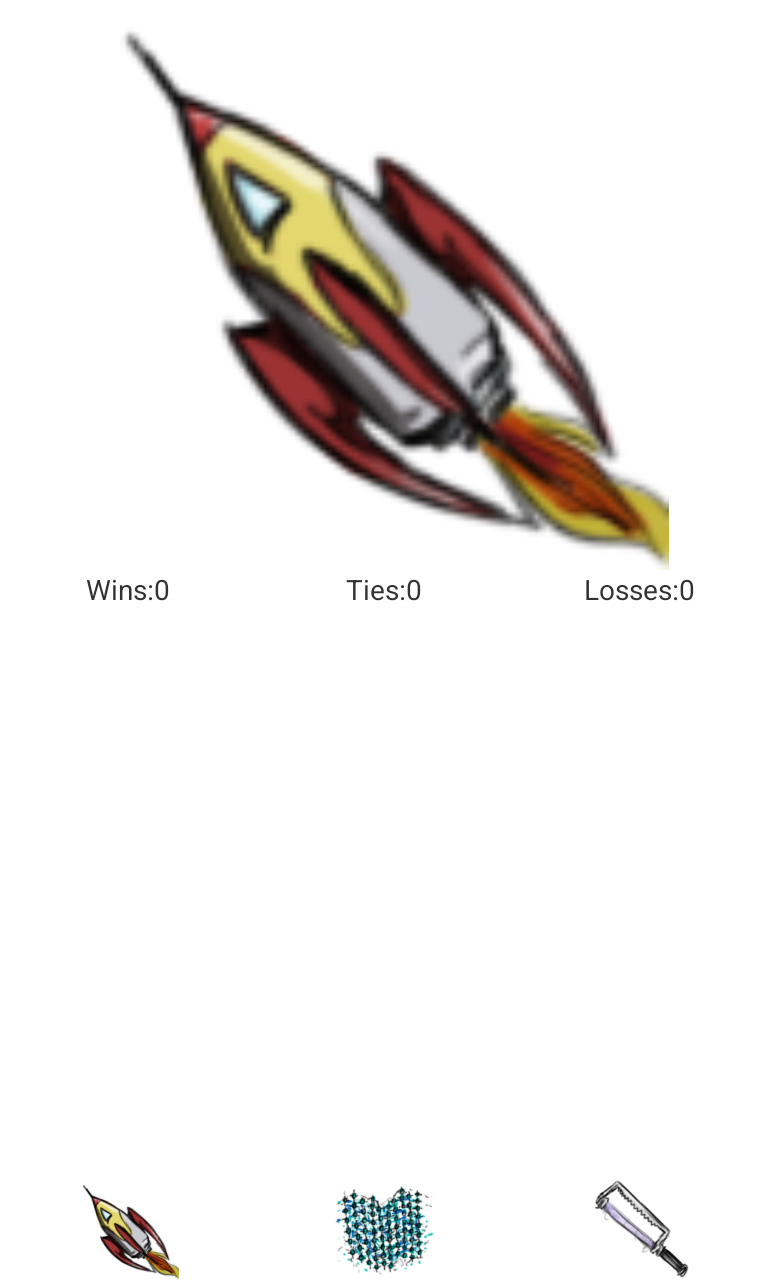
Repository: BU-HuangJ/angrybots_android_app
Layout: workspace/AngryBots/res/layout/activity_mini_game3.xml
An editor plug-in stored every save of this project. The layout is shown before and after the next save, followed by the edit.
It is drawn on a 768 x 1280 px phone screen (xhdpi) without system bars, with theme AppTheme; the app's code is not run.

Above is the layout before, as saved 2013-04-29 18:02:23.

### workspace/AngryBots/res/layout/activity_mini_game3.xml
<LinearLayout xmlns:android="http://schemas.android.com/apk/res/android"
    xmlns:tools="http://schemas.android.com/tools"
    android:layout_width="match_parent"
    android:layout_height="match_parent"
    android:orientation="vertical"
    tools:context=".MiniGame3" >

    <ImageView
	    android:id="@+id/p2_choice"
	    android:layout_width="fill_parent"
	    android:layout_height="0dp"
	    android:layout_weight="1"
		android:gravity="center"
	    android:src="@drawable/rpc_rock_rocket" />

    <LinearLayout
        android:id="@+id/RPC_results"
	    android:layout_width="fill_parent"
	    android:layout_height="wrap_content"
	    android:baselineAligned="false"
	    android:orientation="horizontal" >

	    <LinearLayout
		    android:layout_width="0dp"
		    android:layout_height="wrap_content"
	    	android:layout_weight="1"
			android:gravity="center"
		    android:orientation="horizontal" >

		    <TextView
			    android:layout_width="wrap_content"
			    android:layout_height="wrap_content"
			    android:text="@string/rpc_wins" />

		    <TextView
	        	android:id="@+id/RPC_wins"
			    android:layout_width="wrap_content"
			    android:layout_height="wrap_content"
			    android:text="@string/zero" />

	    </LinearLayout>

	    <LinearLayout
		    android:layout_width="0dp"
		    android:layout_height="wrap_content"
	    	android:layout_weight="1"
			android:gravity="center"
		    android:orientation="horizontal" >

		    <TextView
			    android:layout_width="wrap_content"
			    android:layout_height="wrap_content"
			    android:text="@string/rpc_ties" />

		    <TextView
	        	android:id="@+id/RPC_ties"
			    android:layout_width="wrap_content"
			    android:layout_height="wrap_content"
			    android:text="@string/zero" />

	    </LinearLayout>

	    <LinearLayout
		    android:layout_width="0dp"
		    android:layout_height="wrap_content"
	    	android:layout_weight="1"
			android:gravity="center"
		    android:orientation="horizontal" >

		    <TextView
			    android:layout_width="wrap_content"
			    android:layout_height="wrap_content"
			    android:text="@string/rpc_losses" />

		    <TextView
	        	android:id="@+id/RPC_losses"
			    android:layout_width="wrap_content"
			    android:layout_height="wrap_content"
			    android:text="@string/zero" />

	    </LinearLayout>

    </LinearLayout>

    <TextView
	    android:id="@+id/p1_choice"
	    android:layout_width="fill_parent"
	    android:layout_height="0dp"
	    android:layout_weight="1"
		android:gravity="center"
	    android:text="" />

    <LinearLayout
        android:id="@+id/RPC_bot"
	    android:layout_width="fill_parent"
	    android:layout_height="wrap_content"
	    android:orientation="horizontal" >

        <ImageButton
	        android:id="@+id/bot_rock"
	        android:layout_width="0dp"
	        android:layout_height="wrap_content"
	        android:layout_weight="1"
	        android:onClick="chooseRock"
	        android:background="@android:color/transparent"
	        android:src="@drawable/rpc_rock_rocket" />

        <ImageButton
	        android:id="@+id/bot_paper"
	        android:layout_width="0dp"
	        android:layout_height="wrap_content"
	        android:layout_weight="1"
	        android:onClick="choosePaper"
	        android:background="@android:color/transparent"
	        android:src="@drawable/rpc_paper_nano_net" />

        <ImageButton
	        android:id="@+id/bot_scissors"
	        android:layout_width="0dp"
	        android:layout_height="wrap_content"
	        android:layout_weight="1"
	        android:onClick="chooseScissors"
	        android:background="@android:color/transparent"
	        android:src="@drawable/rpc_scissors_laser_cutter" />

    </LinearLayout>

    <Button
        android:id="@+id/find_opponent_button"
        android:layout_width="fill_parent"
        android:layout_height="wrap_content"
        android:onClick="find_opponent"
        android:visibility="gone"
        android:text="@string/find_opponent" />

</LinearLayout>

### workspace/AngryBots/res/values/strings.xml
<?xml version="1.0" encoding="utf-8"?>
<resources>

    <string name="title_activity_human_home_page">HumanHomePage</string>
    <string name="login_screen_image">Login Screen Image</string>
    <string name="title_activity_main_menu">MainMenuActivity</string>
    <string name="app_name">angrybotsapp</string>
    <string name="hello_world">Hello world!</string>
    <string name="menu_settings">Settings</string>
    <string name="AngryBots_Profile">Angry Bots Profile</string>
    <string name="Leaderboard">Leaderboard</string>
    <string name="Achievements">Achievements</string>
    <string name="edit_message">Enter a message</string>
    <string name="button_send">Send</string>
    <string name="title_activity_angrybots_profile">AngrybotsProfile</string>
    <string name="title_activity_leaderboard">Leaderboard</string>
    <string name="title_activity_Achievements">Achievements</string>
    <string name="title_activity_achievements">Achievements</string>
    <string name="lerpzprofile">LerpzProfile</string>
    <string name="title_activity_options">Server</string>
    <string name="title_activity_edit">Map</string>
    <string name="title_activity_tab_sample">Settings</string>
    <string name="title_activity_mini_game">MiniGame</string>
    <string name="title_activity_add_point">AddPoint</string>
    <string name="title_activity_mappoint1">Mappoint1</string>
    <string name="title_activity_mappoint2">Mappoint2</string>
    <string name="title_activity_mappoint3">Mappoint3</string>
    <string name="title_activity_mappoint4">Mappoint4</string>
    <string name="title_activity_mappoint5">Mappoint5</string>
    <string name="title_activity_mappoint6">Mappoint6</string>
    <string name="title_activity_minigame_portal">MinigamePortal</string>
    <string name="title_activity_mini_game2">MiniGame2</string>
    <string name="app_title">Find The Imposter by Dylan Taylor</string>
    <string name="win_title">Congratulations!</string>
    <string name="win_message">You found the imposter!</string>
    <string name="ok">OK</string>
    <string name="lose_title">You Lose!</string>
    <string name="title_activity_human_wiki">HumanWiki</string>
    <string name="title_activity_mini_game3">MiniGame3</string>
    <string name="find_opponent">Search for an Opponent</string>
    <string name="rock">rock</string>
    <string name="paper">paper</string>
    <string name="scissors">scissors</string>
    <string name="rpc_wins">Wins: </string>
    <string name="rpc_ties">Ties: </string>
    <string name="rpc_losses">Losses: </string>
    <string name="zero">0</string>
    <string name="title_activity_robot_home_page">RobotHomePage</string>
    <string name="title_activity_robot_competition">RobotCompetition</string>
    <string name="title_activity_robot_leaderboard">RobotLeaderboard</string>
    <string name="action_settings">Settings</string>
    <string name="title_activity_robot_map">RobotMap</string>
    <string name="title_activity_robot_minigames">RobotMinigames</string>
    <string name="title_activity_robot_profile">RobotProfile</string>
    <string name="title_activity_robot_settings">RobotSettings</string>
    <string name="title_activity_robot_wiki">RobotWiki</string>

</resources>

Loaded but not shown: workspace/AngryBots/res/values/styles.xml (common file); workspace/AngryBots/res/values-v11/styles.xml (common file); workspace/AngryBots/res/values-v14/styles.xml (common file)

After the next save:
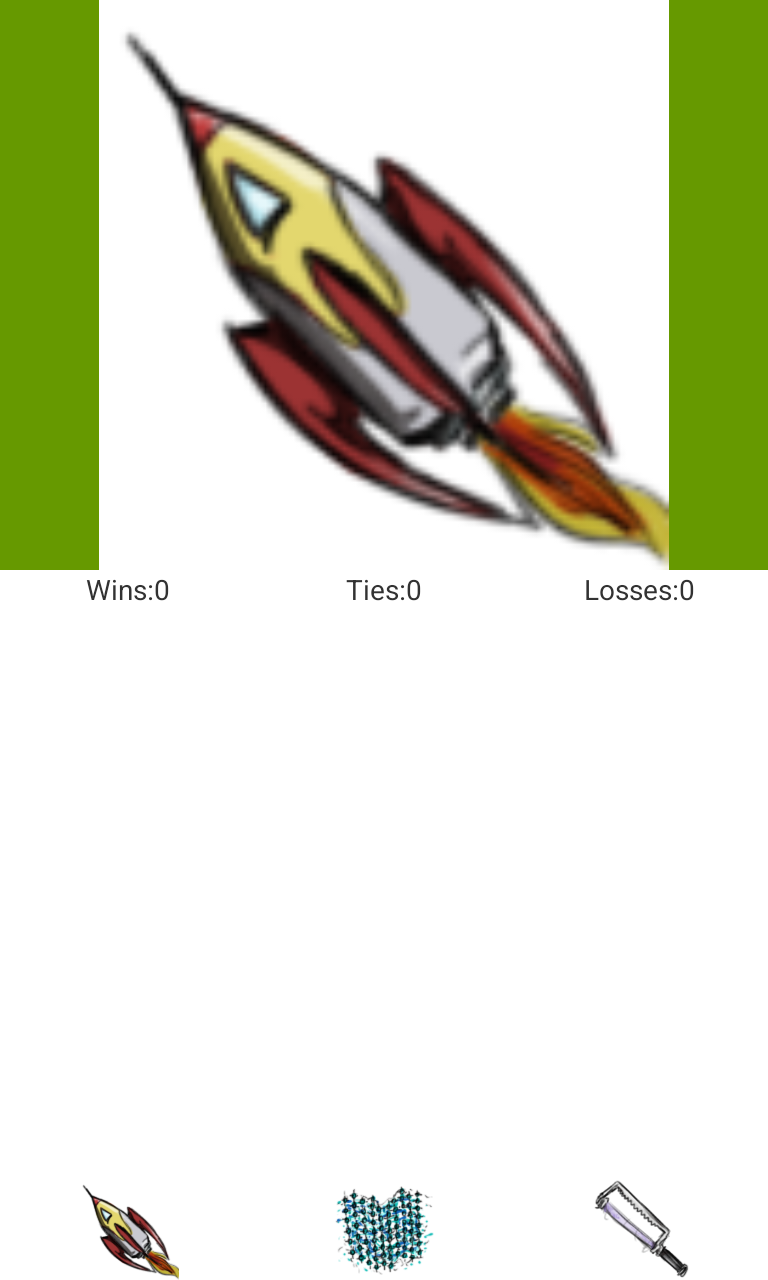
Saved 56 s later.
--- a/workspace/AngryBots/res/layout/activity_mini_game3.xml
+++ b/workspace/AngryBots/res/layout/activity_mini_game3.xml
@@ -11,6 +11,7 @@
 	    android:layout_height="0dp"
 	    android:layout_weight="1"
 		android:gravity="center"
+		android:background="@android:color/holo_green_dark"
 	    android:src="@drawable/rpc_rock_rocket" />
 
     <LinearLayout
